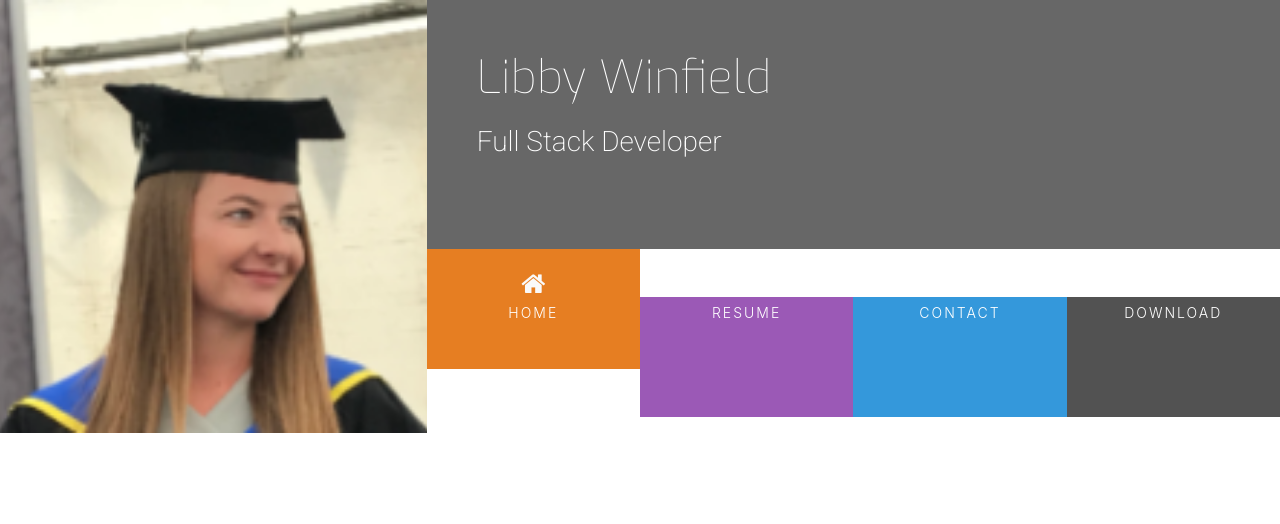
Repository: LibbyWin/CV
Page: index.html
The author's editor kept a record of every edit. The page is drawn from the files as they stood at one moment, then again after the next edit.
The browser window is 1280 px wide. The pictures show the whole page.

Above is the page before.

### index.html
<!DOCTYPE html>
<html lang="en">
<head>
    <meta charset="UTF-8">
    <meta name="viewport" content="width=device-width, initial-scale=1.0">
    <meta http-equiv="X-UA-Compatible" content="ie=edge">
    <link rel="stylesheet" href="https://stackpath.bootstrapcdn.com/bootstrap/4.3.1/css/bootstrap.min.css" type="text/css" />
    <link rel="stylesheet" href="https://stackpath.bootstrapcdn.com/font-awesome/4.7.0/css/font-awesome.min.css" type="text/css" />
    <link rel="stylesheet" href="assets/css/style.css" type="text/css" />
    <title>Libby</title>
    <style>
   @import url('https://fonts.googleapis.com/css?family=Exo&display=swap');
    </style>
</head>
<body>
    <header>
        <div class="row no-gutters">
            <a href="index.html" class="col-md-4 logo">

            </a>
            <div class="col-md-8">
                <div class="row no-gutters bg-color-name-title">
                    <div class="col heading">
                        <h1 class="name">Libby Winfield</h1>
                        <h2 class="title">Full Stack Developer</h2>

                    </div>
                </div>
                <div class="row no-gutters">
                    <div class="col">
                        <ul id="nav" class="list-inline menucontainer">
                            <li class="col-6 col-sm-3 ui-menu-color-home list-inline-item menuitem">
                                <a href="#"><i class="fa fa-home" aria-hidden_"true"></i><span>Home</span></a>
                            </li>
                            <li class="col-6 col-sm-3 ui-menu-color-resume list-inline-item menuitem">
                                <a href="#"><span>Resume</span></a>
                            </li>
                            <li class="col-6 col-sm-3 ui-menu-color-contact list-inline-item menuitem">
                                <a href="#"><span>Contact</span></a>
                            </li>
                            <li class="col-6 col-sm-3 ui-menu-color-download list-inline-item menuitem">
                                <a href="#"><span>Download</span></a>
                            </li>
                        </ul>
                    </div>
                </div>


            </div>
        </div>
    </header>
    <section>

    </section>
    <footer>

    </footer>

</body>
</html>

### assets/css/style.css
@import url('https://fonts.googleapis.com/css?family=Roboto:100,200,300,400,500,600,700|Exo:100,200,300,400,500,600,700');

/*--------------------------------------------Colors*/

.bg-color-name-title {
    background-color: #676767;
}

.ui-menu-color-home {
    background-color: #e67e22;
}

.ui-menu-color-resume {
    background-color: #9b59b6;
}

.ui-menu-color-contact {
    background-color: #3498db;
}

.ui-menu-color-download {
    background-color: #525252;
}

/*--------------------------------------------Heading*/

header {
    margin: 0;
}

.heading {
    margin-left: 50px;
}

.logo {
    background: url("../images/IMG_1027.JPG");
    background-position: center;
    background-repeat: no-repeat;
    background-size: cover;
    min-height: 360px;
    transition: all .5s ease-in-out;
    -moz-transition: all .5s ease-in-out;
    -webkit-transition: all .5s ease-in-out;
}

.name {
    font-family: "Exo", sans-serif;
    font-weight: 100;
    font-size: 46px;
    margin-top: 50px;
    color: #fff;
}

.title {
    font-family: "Roboto", sans-serif;
    font-weight: 200;
    font-size: 28px;
    margin-top: 20px;
    margin-bottom: 90px;
    color: #fff;
}

.list-inline-item:not(:last-child) {
    margin: 0;
}

.menucontainer {
    font-size: 0;
}

#nav li {
    font-size: 14px;
    padding: 0;
}

.menuitem {
    height: 120px;
    text-align: center;
    padding: 0;
}

.menuitem a {
    width: 100%;
    text-decoration: none;
    color: #fff;
    height: 120px;
}

.menuitem a i {
    padding-top: 22px;
    display: block;
    color: #fafafa;
    font-size: 26px;
}

.menuitem span {
    display: block;
    width: 100%;
    padding-top: 5px;
    text-align: center;
    text-transform: uppercase;
    font-size: 14px;
    font-weight: 300;
    letter-spacing: 2px;
}

After the next edit:
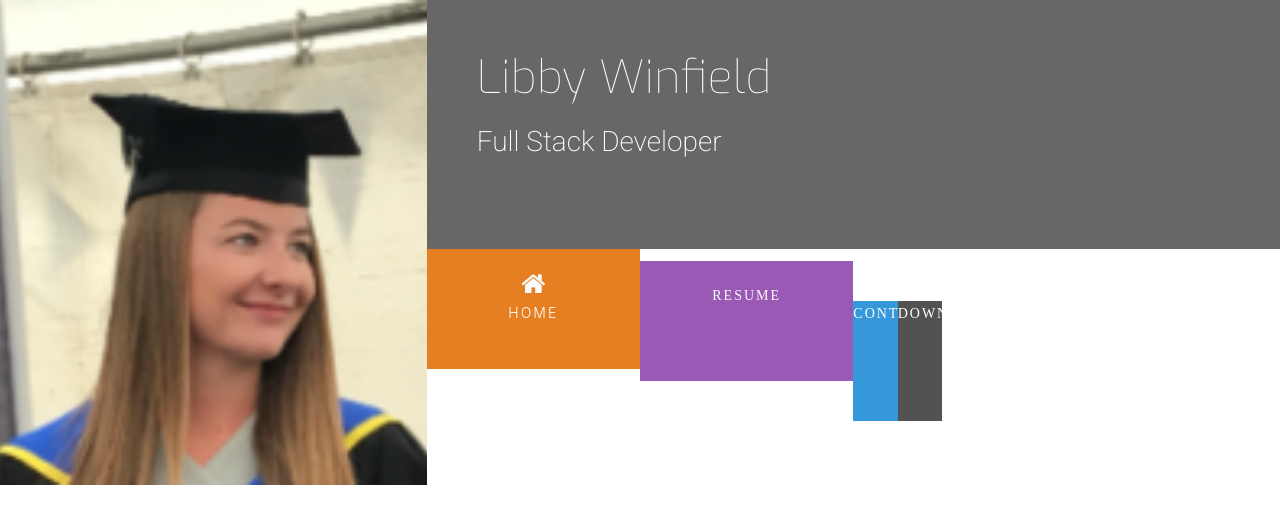
The edit:
--- a/index.html
+++ b/index.html
@@ -33,7 +33,7 @@
                                 <a href="#"><i class="fa fa-home" aria-hidden_"true"></i><span>Home</span></a>
                             </li>
                             <li class="col-6 col-sm-3 ui-menu-color-resume list-inline-item menuitem">
-                                <a href="#"><span>Resume</span></a>
+                                <a href="#"><i class="fa" aria-hidden_"true"><span>Resume</span></a>
                             </li>
                             <li class="col-6 col-sm-3 ui-menu-color-contact list-inline-item menuitem">
                                 <a href="#"><span>Contact</span></a>
